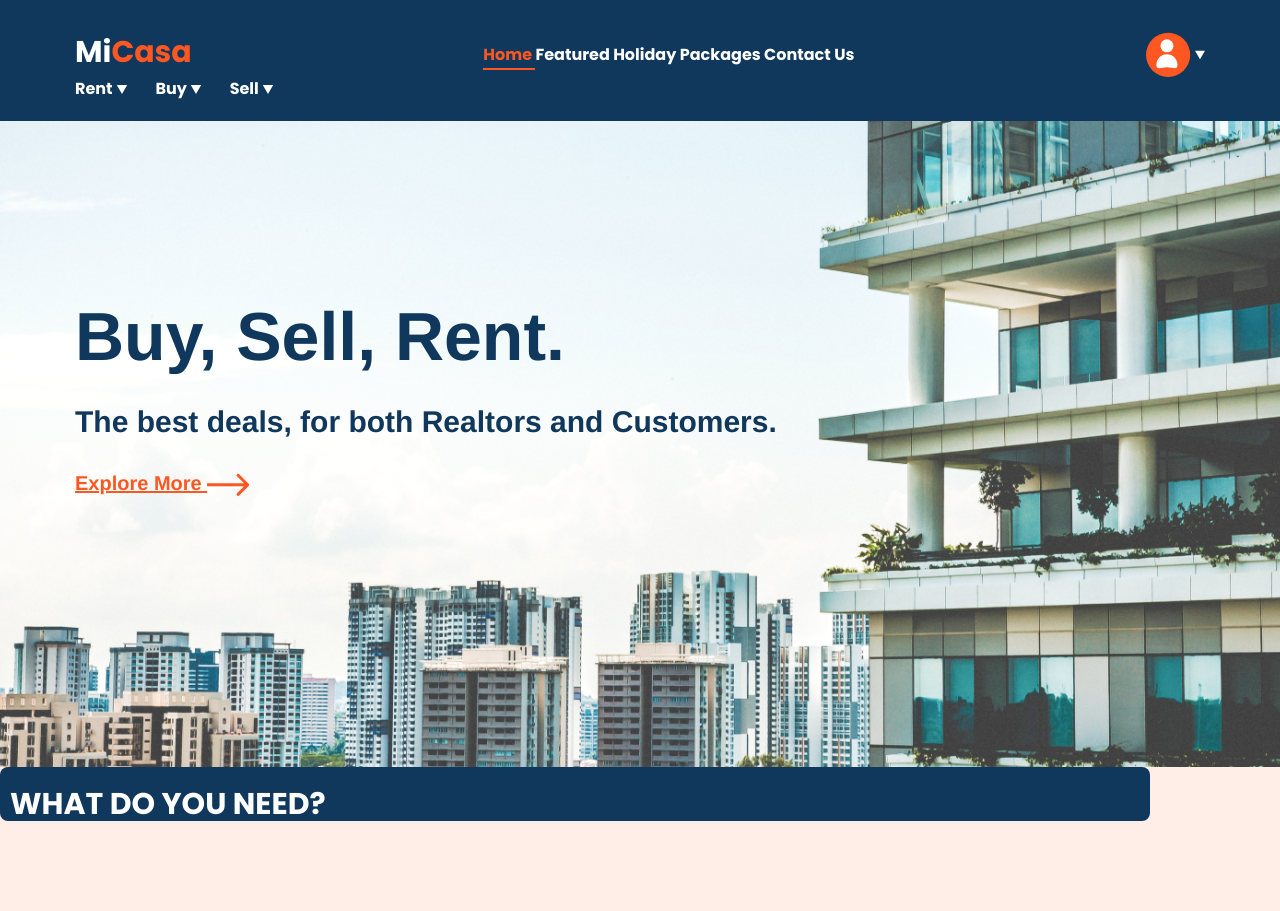
Repository: BenUnyolo/micasa-frontend
Page: index.html
These files come from the project's save history. The page is drawn as it stood at one moment and after the next save; the edit follows.
The browser window is 1280 px wide. The pictures show the whole page.

Above is the page before, as saved 2021-10-15 20:54:53.

### index.html
<!DOCTYPE html>
<html lang="en">
  <head>
    <meta charset="UTF-8" />
    <meta http-equiv="X-UA-Compatible" content="IE=edge" />
    <meta name="viewport" content="width=device-width, initial-scale=1.0" />
    <title>Document</title>
    <link rel="stylesheet" href="tailwind.css" />
  </head>
  <body>
    <!-- HEADER -->
    <header class="pt-8 pb-5 text-white bg-primary-600">
      <div class="inner-container">
        <!-- top row -->
        <div class="flex flex-row justify-between">
          <a
            href="/"
            class="inline-block text-3xl font-bold leading-10 font-poppins"
          >
            Mi<span class="text-secondary-600">Casa</span>
          </a>
          <nav class="flex items-center inline-block">
            <ul class="font-bold li-inline space-x-14 font-poppins">
              <li
                class="
                  text-secondary-600
                  border-b-2
                  pb-0.5
                  border-secondary-600
                "
              >
                <a href="/">Home</a>
              </li>
              <li><a href="#">Featured</a></li>
              <li><a href="#">Holiday Packages</a></li>
              <li><a href="#">Contact Us</a></li>
            </ul>
          </nav>
          <div class="flex flex-row items-center">
            <img src="assets/images/user_avatar.svg" alt="user avatar" />
            <svg
              width="14"
              height="12"
              viewBox="0 0 14 12"
              fill="none"
              xmlns="http://www.w3.org/2000/svg"
              class="pl-1"
            >
              <title>profile dropdown</title>
              <path d="M7 12L0.0717964 0H13.9282L7 12Z" fill="white" />
            </svg>
          </div>
        </div>
        <!-- bottom row -->
        <div>
          <ul class="space-x-6 font-bold li-inline font-poppins">
            <li>
              Rent
              <svg
                width="12"
                height="9"
                viewBox="0 0 12 9"
                fill="none"
                xmlns="http://www.w3.org/2000/svg"
                class="inline-block"
              >
                <path d="M6 9L0.803848 0H11.1962L6 9Z" fill="white" />
              </svg>
            </li>
            <li>
              Buy
              <svg
                width="12"
                height="9"
                viewBox="0 0 12 9"
                fill="none"
                xmlns="http://www.w3.org/2000/svg"
                class="inline-block"
              >
                <path d="M6 9L0.803848 0H11.1962L6 9Z" fill="white" />
              </svg>
            </li>
            <li>
              Sell
              <svg
                width="12"
                height="9"
                viewBox="0 0 12 9"
                fill="none"
                xmlns="http://www.w3.org/2000/svg"
                class="inline-block"
              >
                <path d="M6 9L0.803848 0H11.1962L6 9Z" fill="white" />
              </svg>
            </li>
          </ul>
        </div>
      </div>
    </header>
    <!-- HERO -->
    <div class="hero">
      <div class="flex inner-container">
        <div class="w-6/12">
          <h1 class="text-primary-600">Buy, Sell, Rent.</h1>
          <h2 class="mt-7.5 text-primary-600">
            The best deals, for both Realtors and Customers.
          </h2>
          <a
            href="#"
            class="
              inline-block
              mt-7.5
              text-secondary-600
              font-helvetica font-bold
              text-xl
              underline
            "
            >Explore More
            <svg
              width="43"
              height="23"
              viewBox="0 0 43 23"
              fill="none"
              xmlns="http://www.w3.org/2000/svg"
              class="inline-block"
            >
              <path
                d="M41.6936 12.9142C42.2794 12.3284 42.2794 11.3786 41.6936 10.7929L32.1477 1.24691C31.5619 0.661127 30.6122 0.661127 30.0264 1.24691C29.4406 1.8327 29.4406 2.78245 30.0264 3.36823L38.5117 11.8535L30.0264 20.3388C29.4406 20.9246 29.4406 21.8743 30.0264 22.4601C30.6122 23.0459 31.5619 23.0459 32.1477 22.4601L41.6936 12.9142ZM0.0714722 13.3535H40.633V10.3535H0.0714722V13.3535Z"
                fill="#FF5722"
              />
            </svg>
          </a>
        </div>
      </div>
    </div>
    <!-- SEARCH -->
    <div class="relative">
      <div
        class="absolute w-full pt-5 text-white rounded-lg  px-28 bg-primary-600 absolute-center inner-container -top-32"
      >
        <h2 class="uppercase font-poppins">What do you need?</h2>
      </div>
      <div class="bg-secondary-600 bg-opacity-10 pt-28">
        <div class="inner-container">
          something
          <br />
          <br />
          <br />
          <br />
          <br />
          <br />
        </div>
      </div>
    </div>
  </body>
</html>

Loaded but not shown: tailwind.css (library)

After the next save:
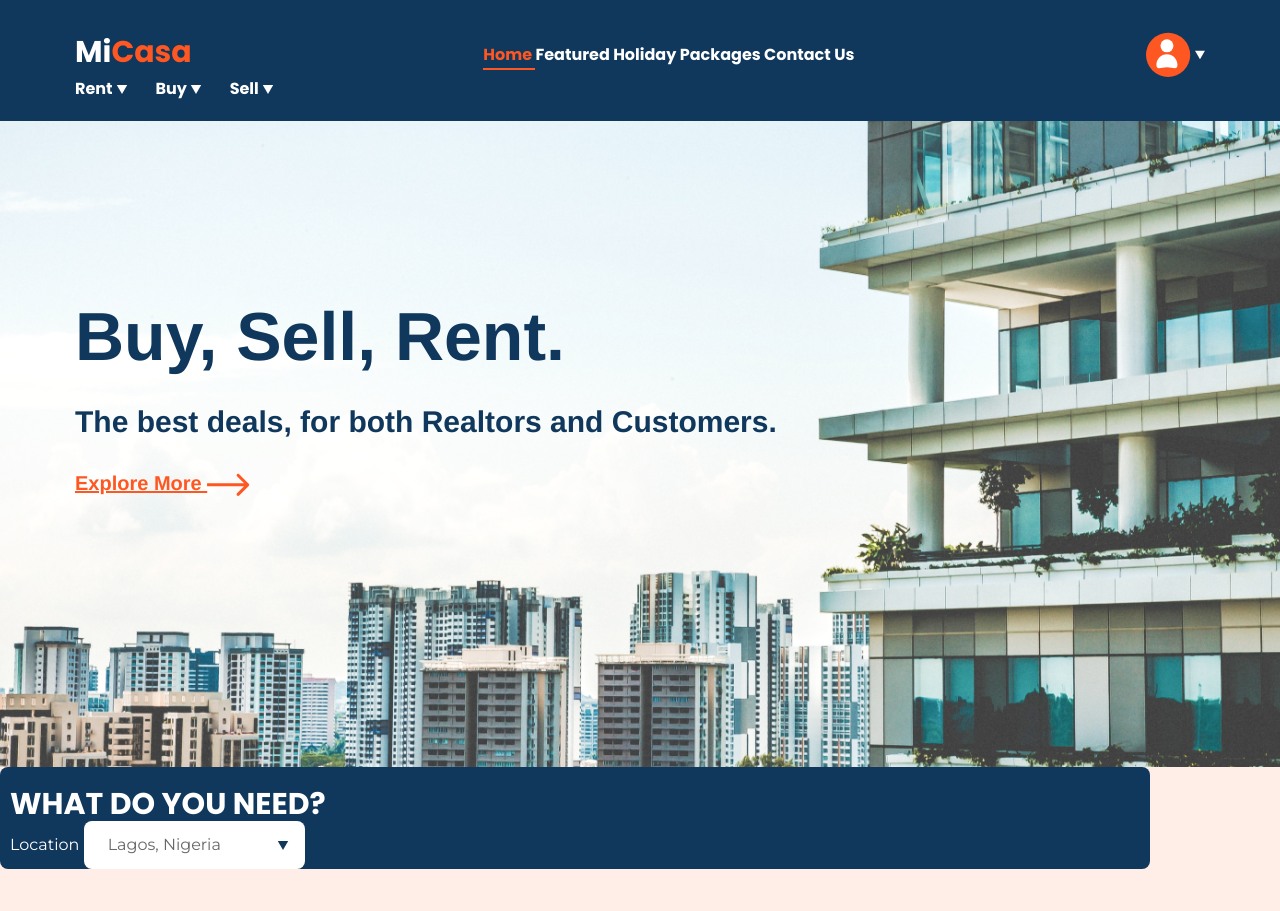
Saved 4 min 8 s later.
--- a/index.html
+++ b/index.html
@@ -133,13 +133,26 @@
         </div>
       </div>
     </div>
-    <!-- SEARCH -->
+    <!-- SEARCH & HOW IT WORKS -->
     <div class="relative">
+      <!-- what do you need -->
       <div
         class="absolute w-full pt-5 text-white rounded-lg  px-28 bg-primary-600 absolute-center inner-container -top-32"
       >
         <h2 class="uppercase font-poppins">What do you need?</h2>
+        <!-- search boxes -->
+        <div class="flex">
+          <div class="w-1/3">
+            <label for="location">Location</label>
+            <select name="location" id="search-location">
+              <option value="volvo">Lagos, Nigeria</option>
+              <option value="saab">Blantyre, Malawi</option>
+              <option value="mercedes">Casablanca, Morocco</option>
+            </select>
+          </div>
+        </div>
       </div>
+      <!-- how it works -->
       <div class="bg-secondary-600 bg-opacity-10 pt-28">
         <div class="inner-container">
           something
